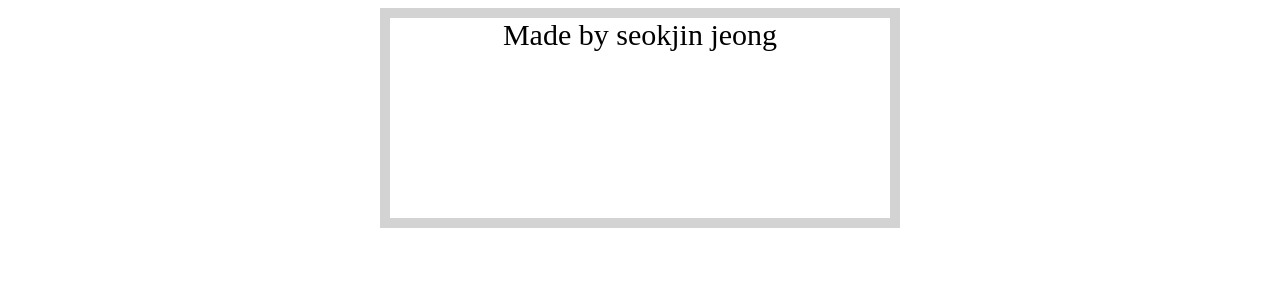
Repository: jsj961/bulletin-board-system
Page: http://localhost/BBS/madeby.jsp
An editor plug-in stored every save of this project. The page is shown before and after the next save, followed by the edit.
The browser window is 1280 px wide. The pictures show the whole page.
Some web fonts or font styles are not loaded; a fallback is used. The page is served by Tomcat 9. Other server files are loaded and not shown.

Above is the page before, as saved 2021-07-03 07:43:46.

### BBS/src/main/webapp/madeby.jsp
<%@ page language="java" contentType="text/html; charset=UTF-8"
    pageEncoding="UTF-8"%>
<!DOCTYPE html>
<html>
<head>
<meta charset="UTF-8">
<link rel="stylesheet" href="css/custom.css">
<title>JSP 게시판 웹 사이트</title>
<style type="text/css">
	a, a:hover {
		color: #000000;
		text-decoration: none;
	}
</style>
</head>
<body>
	<div class="box" style="width: 500px; height: 200px;
	border: 10px solid lightgray; font-size: 30px;
	margin: auto; text-align: center; vertical-align: middle;">Made by seokjin jeong</div>
</body>
</html>

Loaded but not shown: BBS/src/main/webapp/css/custom.css (common file)

After the next save:
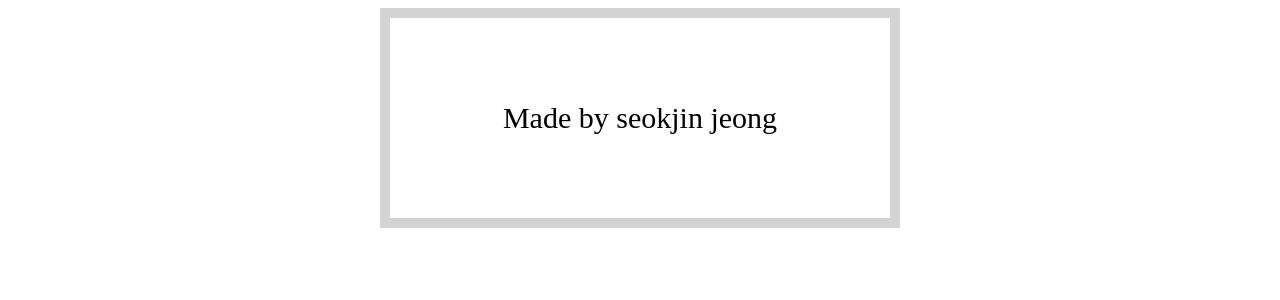
Saved 41 s later.
--- a/BBS/src/main/webapp/madeby.jsp
+++ b/BBS/src/main/webapp/madeby.jsp
@@ -16,6 +16,6 @@
 <body>
 	<div class="box" style="width: 500px; height: 200px;
 	border: 10px solid lightgray; font-size: 30px;
-	margin: auto; text-align: center; vertical-align: middle;">Made by seokjin jeong</div>
+	margin: auto; text-align: center; line-height: 200px;">Made by seokjin jeong</div>
 </body>
 </html>
